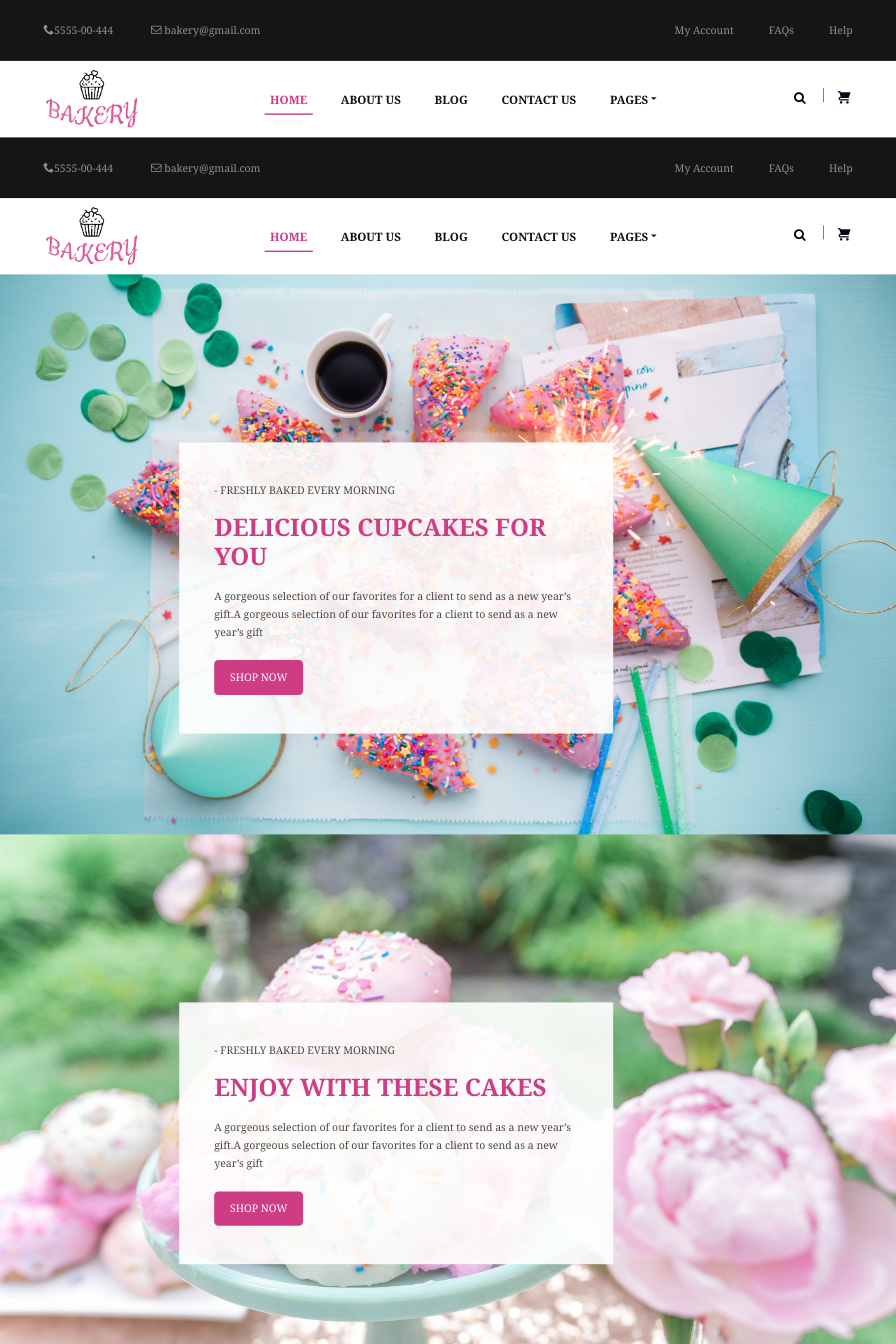
Repository: AlaaBashirSaijary/Barky
Page: resources/views/pages/home.blade.php
These files come from the project's save history. The page is drawn as it stood at one moment and after a run of saves; the edit follows.
The browser window is 1280 px wide. The pictures show the part of the page from y = 0 to 1920 px (the page is 9497 px tall before and 9301 px after), at 70% of full size.
Some web fonts or font styles are not loaded; a fallback is used. The page is served by the project's Laravel application, run on PHP 8.4 with Laravel 10. The template is opened directly, without the code that normally fills it, so the values that code supplies are empty.

Above is the page before, as saved 2023-12-15 02:47:20.

After the next 3 saves:
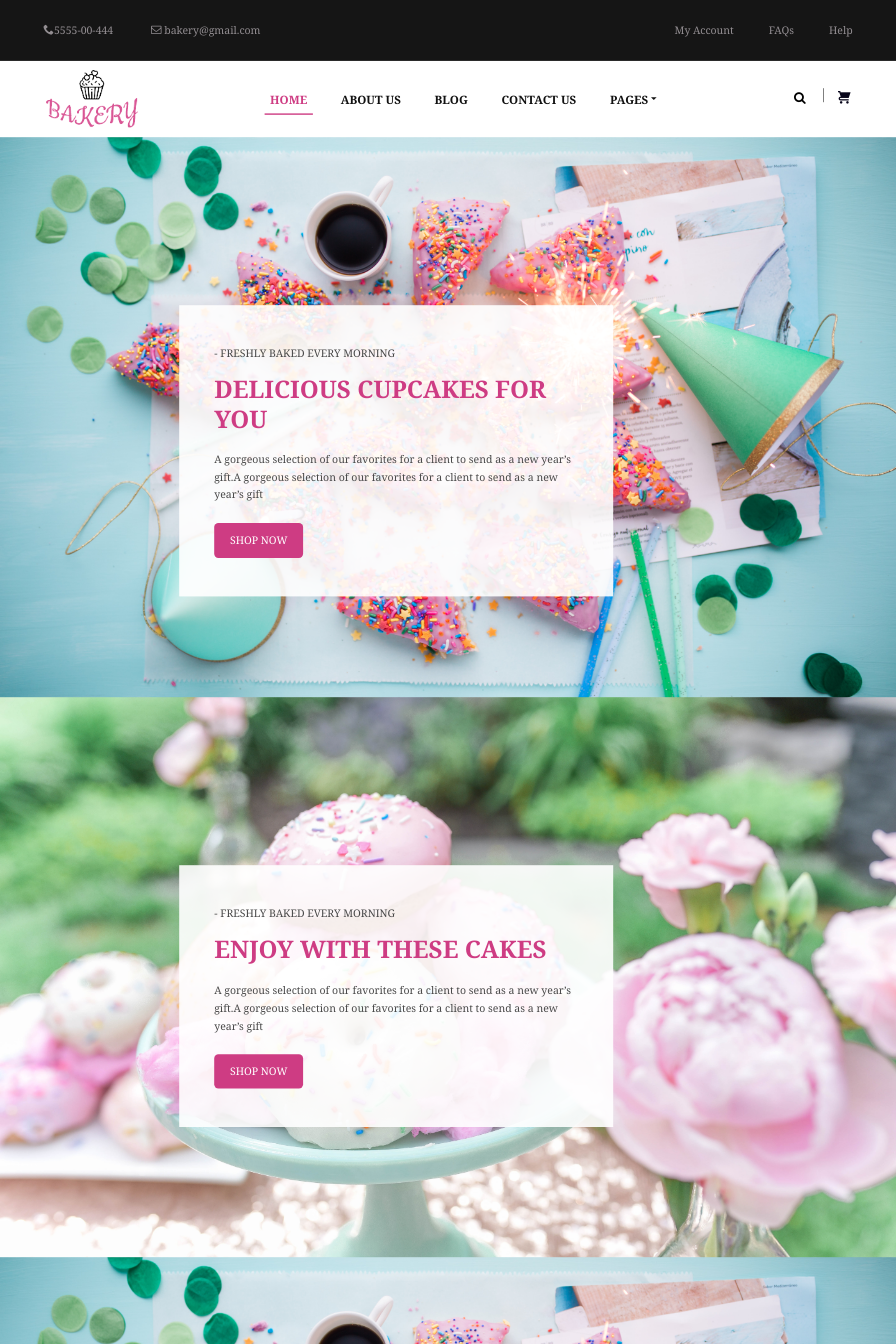
The 3 saves are shown as one change because they came seconds apart.
The last was saved 25 s later.
--- a/resources/views/pages/home.blade.php
+++ b/resources/views/pages/home.blade.php
@@ -1,91 +1,5 @@
 @extends("master.app")
 @section("content")
-<div id="main-wrapper" class="overflow-hidden">
-	<div id="header-wrap">
-	<div class="header-top-menu bg-black color-secondary">
-		<div class="container">
-			<div class="row">
-				<div class="wrap flex-container padding-small">
-				<div class="contact-block">
-					<span class="pr-50"><i class="icon icon-phone"></i>5555-00-444</span>
-					<span class="color-secondary"><i class="icon icon-envelope-o"></i><a href="#"> bakery@gmail.com</a></span>
-				</div>
-
-				<div class="header-top-right">
-					<ul class="list-unstyled d-flex color-secondary">
-						<li class="pr-50"><a href="#">My Account</a></li>
-						<li class="pr-50"><a href="#">FAQs</a></li>
-						<li><a href="#">Help</a></li>
-					</ul>
-				</div>
-				</div><!--flex-container-->
-			</div>
-		</div>
-	</div><!----top-menu---->
-
-	<header id="header">
-		<div class="container">
-			<div class="row">
-
-				<nav class="navbar navbar-expand-lg col-md-12">
-
-					<div class="navbar-brand">
-						<a href="index.html">
-							<img src="images/main-logo.png" alt="logo">
-						</a>
-					</div>
-
-					<button class="navbar-toggler collapsed" type="button" data-toggle="collapse" data-target="#slide-navbar-collapse" aria-controls="slide-navbar-collapse" aria-expanded="false" aria-label="Toggle navigation">
-						<span class="navbar-toggler-icon"><i class="icon icon-navicon"></i></span>
-					</button>
-
-					<div class="navbar-collapse collapse" id="slide-navbar-collapse">
-						<ul class="navbar-nav list-inline text-uppercase">
-							<li class="nav-item text-hover active"><a href="index.html" class="nav-link" data-effect="Home">Home</a></li>
-							<li class="nav-item text-hover"><a href="about.html" class="nav-link" data-effect="About Us">About us</a></li>
-							<li class="nav-item text-hover"><a href="blog.html" class="nav-link" data-effect="Blogs">Blog</a></li>
-							<li class="nav-item text-hover"><a href="contact.html" class="nav-link" data-effect="Contact">Contact us</a></li>
-
-							<li class="nav-item dropdown">
-								<a href="#" data-bs-toggle="dropdown" aria-expanded="false" class="nav-link dropdown-toggle">Pages</a>
-								<ul class="dropdown-menu">
-									<li><a href="about.html" class="dropdown-item">About us</a></li>
-									<li><a href="blog.html" class="dropdown-item">Blog</a></li>
-									<li><a href="single-post.html" class="dropdown-item">Single Post</a></li>
-									<li><a href="contact.html" class="dropdown-item">Contact us</a></li>
-									<li><a href="shop.html" class="dropdown-item">Shop</a></li>
-									<li><a href="single-product.html" class="dropdown-item">Single Product</a></li>
-								</ul>
-							</li>
-
-						</ul>
-					</div>
-
-					<div class="action-menu">
-						<div class="searchbar">
-							<a href="#" class="search-button search-toggle" data-selector=".navbar">
-								<i class="icon icon-search"></i>
-							</a>
-							<form role="search" method="get" class="search-box" action="">
-								<input class="search-field text search-input" placeholder="Search" type="search">
-							</form>
-						</div>
-						<div class="shopping-cart">
-							<a href="#">
-								<i class="icon icon-shopping-cart"></i>
-							</a>
-						</div>
-					</div><!--action-menu-->
-
-				</nav>
-
-			</div>
-		</div>
-
-	</header>
-
-</div><!--header-wrap-->
-
 <section id="billboard">
 	<div class="main-slider">
 
